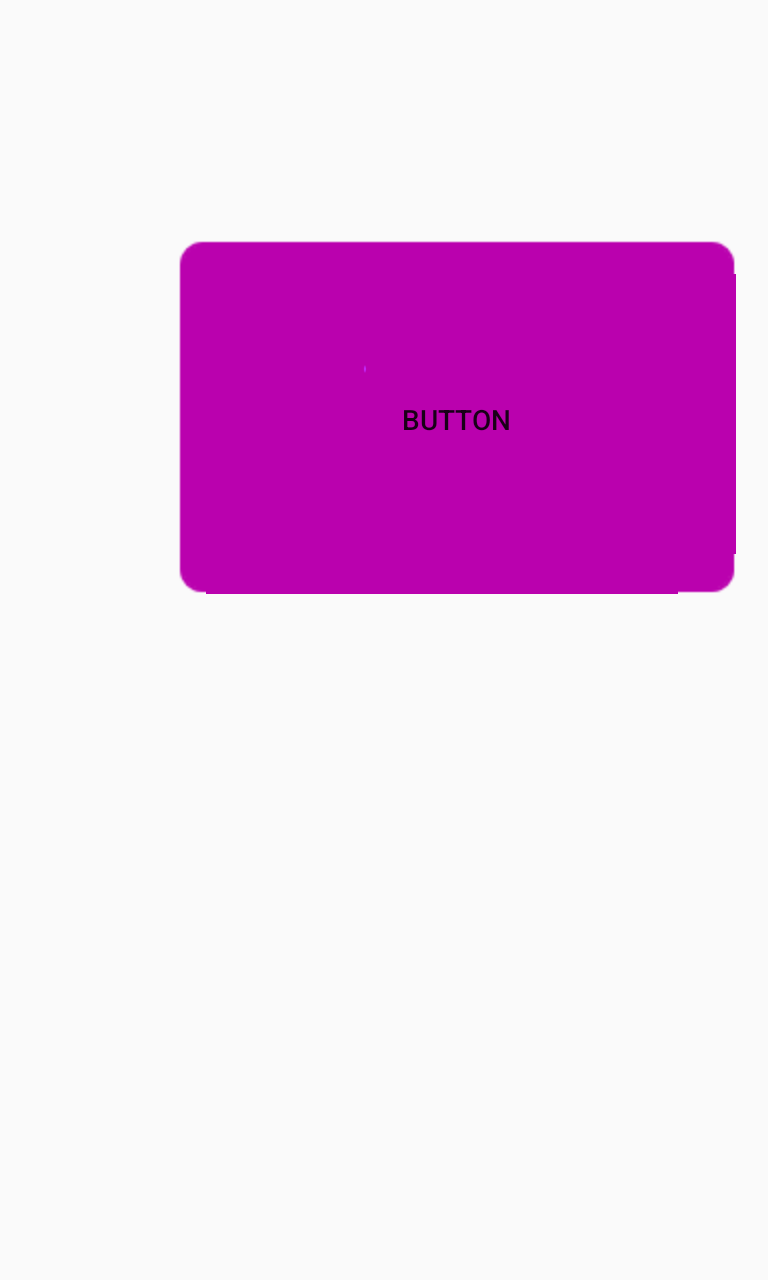
Repository: vipinvkamara/Database
Layout: Data/res/layout/activity_main.xml
The author's editor kept a copy of each file at every save. The layout is drawn from the files as they stood at one save, then again after the next save.
It is drawn on a 768 x 1280 px phone screen (xhdpi) without system bars, with theme AppTheme; the app's code is not run.

Above is the layout before, as saved 2015-02-12 07:28:22.

### Data/res/layout/activity_main.xml
<RelativeLayout xmlns:android="http://schemas.android.com/apk/res/android"
    xmlns:tools="http://schemas.android.com/tools"
    android:layout_width="match_parent"
    android:layout_height="match_parent"
    android:paddingBottom="@dimen/activity_vertical_margin"
    android:paddingLeft="@dimen/activity_horizontal_margin"
    android:paddingRight="@dimen/activity_horizontal_margin"
    android:paddingTop="@dimen/activity_vertical_margin"
    tools:context="com.example.data.MainActivity" >

    <Button
        android:id="@+id/button1"
        android:layout_width="wrap_content"
        android:layout_height="wrap_content"
        android:background="@drawable/red"
        android:layout_alignParentLeft="true"
        android:layout_alignParentTop="true"
        android:layout_marginLeft="72dp"
        android:layout_marginTop="103dp"
        android:text="Button" />

</RelativeLayout>

Loaded but not shown: Data/res/values/styles.xml (common file); Data/res/values-v11/styles.xml (common file); Data/res/values-v14/styles.xml (common file); Data/res/values/dimens.xml (common file); Data/res/values-w820dp/dimens.xml (common file)

After the next save:
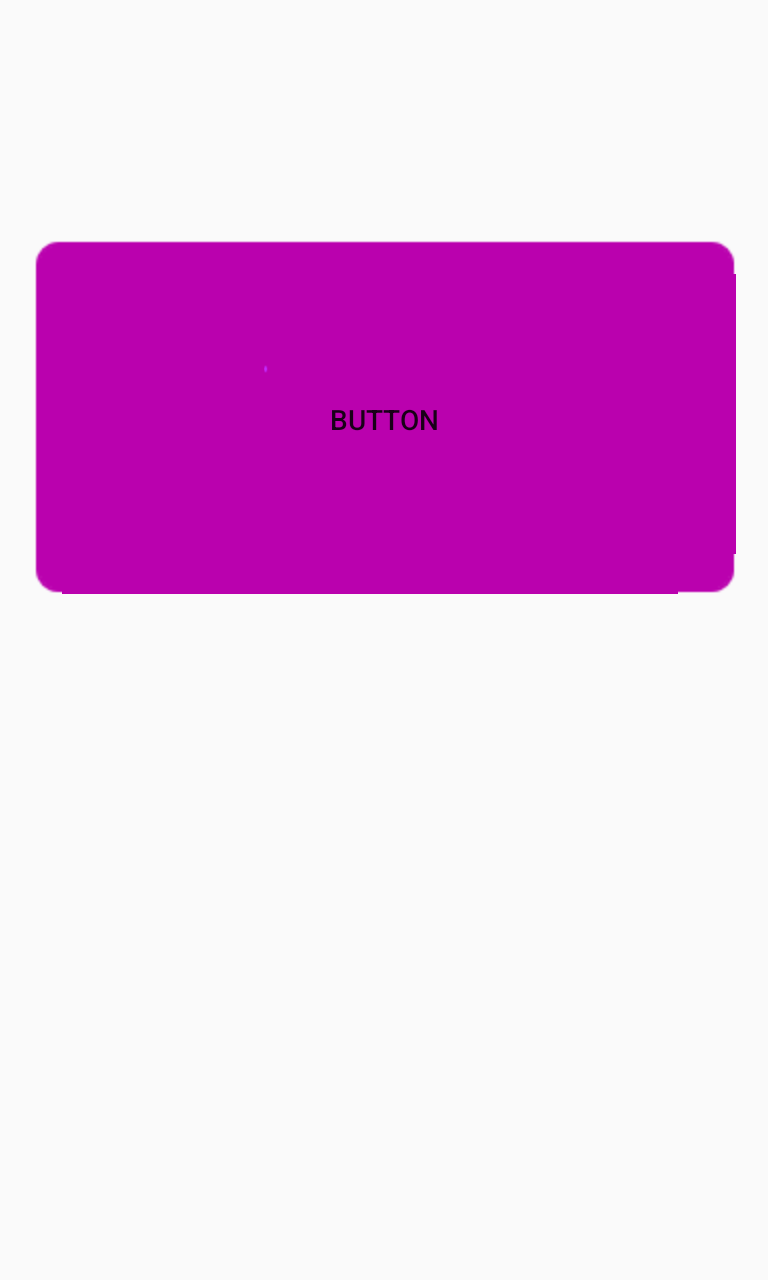
Saved 3 min 12 s later.
--- a/Data/res/layout/activity_main.xml
+++ b/Data/res/layout/activity_main.xml
@@ -12,11 +12,9 @@
         android:id="@+id/button1"
         android:layout_width="wrap_content"
         android:layout_height="wrap_content"
+        android:layout_alignParentTop="true"
+        android:layout_marginTop="103dp"
         android:background="@drawable/red"
-        android:layout_alignParentLeft="true"
-        android:layout_alignParentTop="true"
-        android:layout_marginLeft="72dp"
-        android:layout_marginTop="103dp"
         android:text="Button" />
 
 </RelativeLayout>
